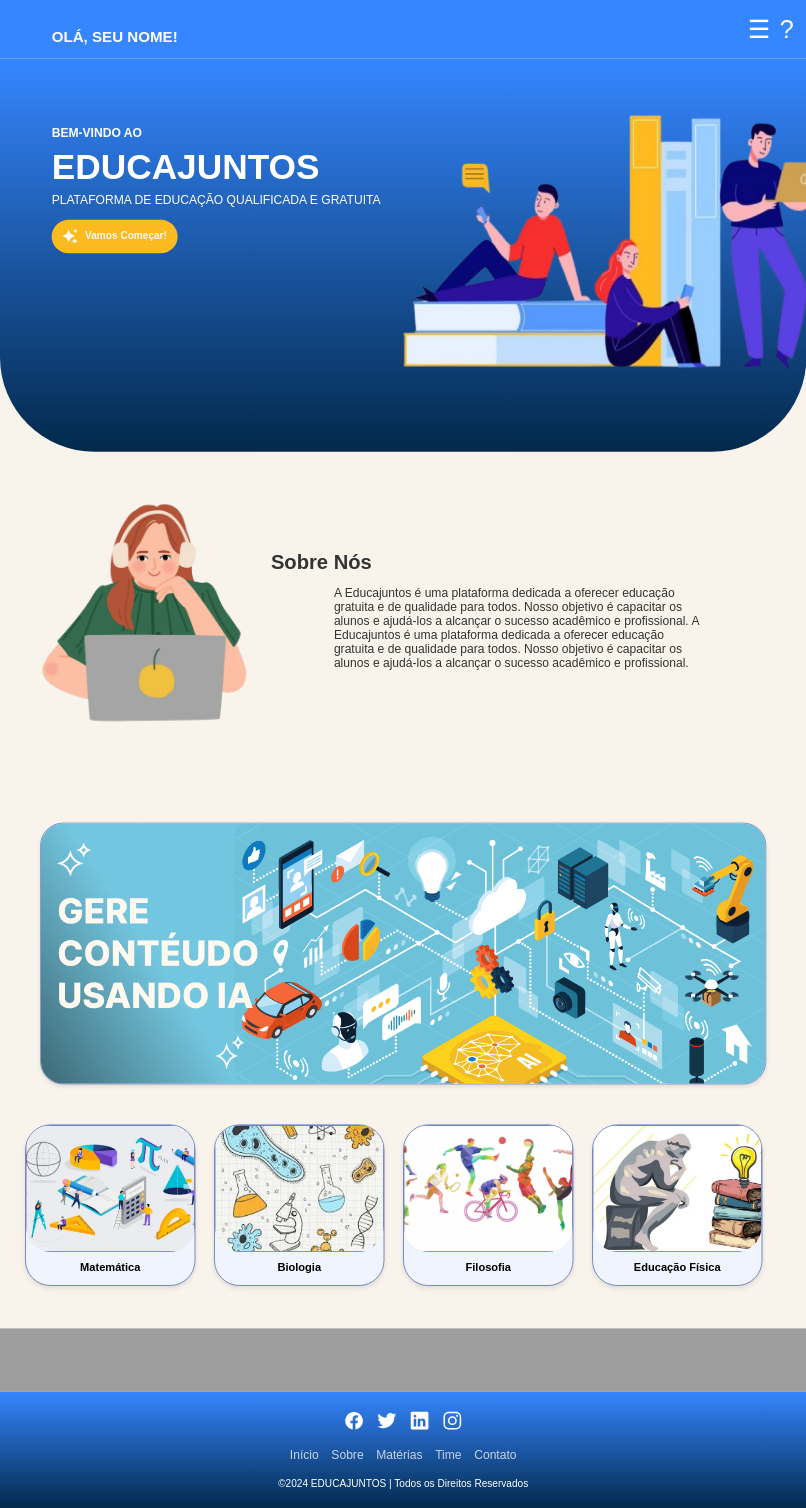
Repository: Matheus904-12/EDUCAJUNTOS
Page: inicio/index.html
The author's editor kept a copy of each file at every save. The page is drawn from the files as they stood at one save, then again after a run of saves.
The browser window is 1280 px wide. The pictures show the whole page, at 63% of full size.
Pictures or frames that could not be fetched are drawn as grey boxes.

Above is the page before, as saved 2024-10-28 21:10:55.

### inicio/index.html
<!DOCTYPE html>
<html lang="pt-BR">

<head>
    <meta charset="UTF-8">
    <meta name="viewport" content="width=device-width, initial-scale=1.0">
    <title>Educajuntos</title>
    <link rel="stylesheet" href="style.css">
</head>

<body>
    <header>
        <h1>OLÁ, SEU NOME!</h1>
        <nav>
            <button class="menu-btn">&#9776;</button>
            <button class="help-btn">?</button>
            <div class="dropdown-menu">
                <a href="#home">Início</a>
                <a href="#sobre">Sobre</a>
                <a href="#materias">Matérias</a>
                <a href="#time">Time</a>
                <a href="#contato">Contato</a>
                <a href="mailto:seuemail@gmail.com">Ajuda</a>
            </div>
        </nav>
    </header>

    <section class="hero">
        <h2>BEM-VINDO AO</h2>
        <h3>EDUCAJUNTOS</h3>
        <p>PLATAFORMA DE EDUCAÇÃO QUALIFICADA E GRATUITA</p>
        <button class="btn">
            <svg height="24" width="24" fill="#FFFFFF" viewBox="0 0 24 24" data-name="Layer 1" id="Layer_1"
                class="sparkle">
                <path
                    d="M10,21.236,6.755,14.745.264,11.5,6.755,8.255,10,1.764l3.245,6.491L19.736,11.5l-6.491,3.245ZM18,21l1.5,3L21,21l3-1.5L21,18l-1.5-3L18,18l-3,1.5ZM19.333,4.667,20.5,7l1.167-2.333L24,3.5,21.667,2.333,20.5,0,19.333,2.333,17,3.5Z">
                </path>
            </svg>

            <span class="text">Vamos Começar!</span>
        </button>
        <div class="hero-image">
            <img src="../image/1.png" alt="Imagem ilustrativa de pessoas estudando">
        </div>

    </section>


    <section class="about">
        <div class="about-content">
            <img src="../image/8.png" alt="Imagem ilustrativa" class="about-image">
            <div class="about-text">
                <h2>Sobre Nós</h2>
                <p>A Educajuntos é uma plataforma dedicada a oferecer educação gratuita e de qualidade para todos. Nosso
                    objetivo é capacitar os alunos e ajudá-los a alcançar o sucesso acadêmico e profissional.
                    A Educajuntos é uma plataforma dedicada a oferecer educação gratuita e de qualidade para todos. Nosso
                    objetivo é capacitar os alunos e ajudá-los a alcançar o sucesso acadêmico e profissional.</p>
            </div>
        </div>
    </section>
    <br>
    <br>
    <br>

    <main>

        <div class="category-card large">
            <img src="../image/7.png" alt="IA">
        </div>

        <section class="categories">
            <div class="category-card">
                <img src="../image/2.png" alt="Matemática">
                <p>Matemática</p>
                <br>
            </div>
            <div class="category-card">
                <img src="../image/3.png" alt="Biologia">
                <p>Biologia</p>
                <br>
            </div>
            <div class="category-card">
                <img src="../image/6.png" alt="Filosofia">
                <p>Filosofia</p>
                <br>
            </div>
            <div class="category-card">
                <img src="../image/5.png" alt="Educação Física">
                <p>Educação Física</p>
                <br>
            </div>
        </section>
    </main>

    <footer class="footer">
        <div class="waves">
            <div class="wave" id="wave1"></div>
            <div class="wave" id="wave2"></div>
            <div class="wave" id="wave3"></div>
            <div class="wave" id="wave4"></div>
        </div>
        <ul class="social-icon">
            <li class="social-icon__item"><a class="social-icon__link" href="#">
                    <ion-icon name="logo-facebook"></ion-icon>
                </a></li>
            <li class="social-icon__item"><a class="social-icon__link" href="#">
                    <ion-icon name="logo-twitter"></ion-icon>
                </a></li>
            <li class="social-icon__item"><a class="social-icon__link" href="#">
                    <ion-icon name="logo-linkedin"></ion-icon>
                </a></li>
            <li class="social-icon__item"><a class="social-icon__link" href="#">
                    <ion-icon name="logo-instagram"></ion-icon>
                </a></li>
        </ul>
        <ul class="menu">
            <li class="menu__item"><a class="menu__link" href="#">Início</a></li>
            <li class="menu__item"><a class="menu__link" href="#">Sobre</a></li>
            <li class="menu__item"><a class="menu__link" href="#">Matérias</a></li>
            <li class="menu__item"><a class="menu__link" href="#">Time</a></li>
            <li class="menu__item"><a class="menu__link" href="#">Contato</a></li>

        </ul>
        <p>&copy;2024 EDUCAJUNTOS | Todos os Direitos Reservados</p>
    </footer>
    <script type="module" src="https://unpkg.com/ionicons@5.5.2/dist/ionicons/ionicons.esm.js"></script>
    <script nomodule src="https://unpkg.com/ionicons@5.5.2/dist/ionicons/ionicons.js"></script>

    <script>
        // Redireciona para a tela de login ao clicar no botão "Vamos Começar"
        function goToLogin() {
            window.location.href = "tela-de-login.html"; // Substitua com o caminho correto da sua página de login
        }

        // Controla o dropdown do menu hamburguer
        document.addEventListener("DOMContentLoaded", function () {
            const menuBtn = document.querySelector(".menu-btn");
            const dropdownMenu = document.querySelector(".dropdown-menu");

            menuBtn.addEventListener("click", () => {
                // Alterna a visibilidade do menu dropdown
                if (dropdownMenu.style.display === "none" || dropdownMenu.style.display === "") {
                    dropdownMenu.style.display = "flex";
                    dropdownMenu.style.flexDirection = "column";
                    dropdownMenu.style.gap = "10px";
                } else {
                    dropdownMenu.style.display = "none";
                }
            });
        });
    </script>


</body>

</html>

### inicio/style.css
* {
    margin: 0;
    padding: 0;
    box-sizing: border-box;
    font-family: Arial, sans-serif;
}

body {
    background-color: #F8F4EB;
    color: #333;
}

header {
    background-color: #3586ff;
    color: #fff;
    padding: 20px;
    display: flex;
    justify-content: space-between;
    align-items: center;
}

header h1 {
    font-size: 1.5em;
    margin-left: 5%;
    margin-top: 2%;
}

nav {
    display: flex;
    gap: 15px;
}

.menu-btn,
.help-btn {
    background: none;
    border: none;
    color: #fff;
    font-size: 2.5em;
    cursor: pointer;
}

/* Hero Section with Rounded Bottom Borders and Centered Image */
.hero {
    background: linear-gradient(#3586ff, #02294b);
    color: #fff;
    padding: 45px 20px;
    border-bottom-left-radius: 150px;
    border-bottom-right-radius: 150px;
    position: relative;
    display: flex;
    flex-direction: column;
    align-items: flex-start;
    overflow: hidden;

}

.hero h2 {
    font-size: 1.2em;
    margin-bottom: 10px;
    font-weight: bold;
    margin-left: 5%;
    margin-top: 5%;
}

.hero h3 {
    font-size: 3.5em;
    margin-bottom: 10px;
    font-weight: bold;
    margin-left: 5%;
}

.hero p {
    font-size: 1.2em;
    margin-bottom: 20px;
    margin-left: 5%;
}

.hero-image {
    display: flex;
    margin-left: 45%;
    width: 782px;
    height: 580px;
    margin-top: -25%;
}

.hero-image img {
    width: 100%;
    height: auto;
    border-radius: 0 0 150px 150px;
}

/* Categories Section */
.categories {
    display: grid;
    grid-template-columns: repeat(4, 1fr);
    gap: 0px;
    padding: 40px;
}

.category-card {
    background-color: #F0F4FF;
    /* Cor de fundo suave */
    border: 1px solid #334EAC;
    /* Contorno azul */
    border-radius: 40px;
    text-align: center;
    box-shadow: 0px 4px 8px rgba(0, 0, 0, 0.1);
    width: 90%;
    height: 100%;

}

.category-card img {
    width: 100%;
    border-radius: 40px;
    margin-top: 0px;
}

.category-card p {
    margin-top: 10px;
    font-size: 1.1em;
    font-weight: bold;
    color: #000000;
}

/* Ajuste do card para o modo grande */
.category-card.large {
    grid-column: span 2;
    display: flex;
    justify-content: center;
    align-items: center;
    font-size: 1.5em;
    font-weight: bold;
    width: 100%;
    transform: scale(90%);
    border-radius: 40px;
}

/* From Uiverse.io by AlimurtuzaCodes */
.btn {
    border: none;
    width: 15em;
    height: 4em;
    border-radius: 3em;
    display: flex;
    justify-content: center;
    align-items: center;
    gap: 12px;
    background: #fbba20;
    cursor: pointer;
    transition: all 450ms ease-in-out;
    margin-left: 5%;
}

.sparkle {
    fill: #ffffff;
    transition: all 800ms ease;
}

.text {
    font-weight: 600;
    color: #f8f8f8;
    font-size: medium;
}

.btn:hover {
    background: linear-gradient(0deg, #cca152);
    box-shadow: inset 0px 1px 0px 0px rgba(255, 255, 255, 0.4),
        inset 0px -4px 0px 0px rgba(0, 0, 0, 0.2),
        0px 0px 0px 4px rgba(255, 255, 255, 0.2),
        0px 0px 180px 0px #334EAC;
    transform: translateY(-2px);
}

.btn:hover .text {
    color: white;
}

.btn:hover .sparkle {
    fill: white;
    transform: scale(1.2);
}

.footer {
    position: relative;
    width: 100%;
    background: linear-gradient(#3586ff, #02294b);
    min-height: 100px;
    padding: 20px 50px;
    display: flex;
    justify-content: center;
    align-items: center;
    flex-direction: column;
    margin-top: 10%;
}

.social-icon,
.menu {
    position: relative;
    display: flex;
    justify-content: center;
    align-items: center;
    margin: 10px 0;
    flex-wrap: wrap;
}

.social-icon__item,
.menu__item {
    list-style: none;
}

.social-icon__link {
    font-size: 2rem;
    color: #fff;
    margin: 0 10px;
    display: inline-block;
    transition: 0.5s;
}

.social-icon__link:hover {
    transform: translateY(-10px);
}

.menu__link {
    font-size: 1.2rem;
    color: #fff;
    margin: 0 10px;
    display: inline-block;
    transition: 0.5s;
    text-decoration: none;
    opacity: 0.75;
    font-weight: 300;
}

.menu__link:hover {
    opacity: 1;
}

.footer p {
    color: #fff;
    margin: 15px 0 10px 0;
    font-size: 1rem;
    font-weight: 300;
}

.wave {
    position: absolute;
    top: -100px;
    left: 0;
    width: 100%;
    height: 100px;
    background: url("https://i.ibb.co/wQZVxxk/wave.png");
    background-size: 1000px 100px;
}

.wave#wave1 {
    z-index: 1000;
    opacity: 1;
    bottom: 0;
    animation: animateWaves 4s linear infinite;
}

.wave#wave2 {
    z-index: 999;
    opacity: 0.5;
    bottom: 10px;
    animation: animate 4s linear infinite !important;
}

.wave#wave3 {
    z-index: 1000;
    opacity: 0.2;
    bottom: 15px;
    animation: animateWaves 3s linear infinite;
}

.wave#wave4 {
    z-index: 999;
    opacity: 0.7;
    bottom: 20px;
    animation: animate 3s linear infinite;
}

@keyframes animateWaves {
    0% {
        background-position-x: 1000px;
    }

    100% {
        background-positon-x: 0px;
    }
}

@keyframes animate {
    0% {
        background-position-x: -1000px;
    }

    100% {
        background-positon-x: 0px;
    }
}

/* Estilo para a seção Sobre Nós */
.about {
    display: flex;
    align-items: center;
    justify-content: center;
    padding: 60px;
}

.about-content {
    display: flex;
    align-items: center;
    gap: 20px;
}

.about-image {
    width: 350px;
    border-radius: 10px;
}

.about-text h2 {
    font-size: 2em;
    margin-bottom: 10px;
}

.about-text p {
    font-size: 1.2em;
    color: #333;
    padding: 10px 100px;
}

/* Estilo do menu dropdown */
.dropdown-menu {
    display: none;
    position: absolute;
    top: 60px;
    right: 20px;
    background-color: #3586ff;
    padding: 10px;
    border-radius: 8px;
    box-shadow: 0 4px 8px rgba(0, 0, 0, 0.2);
    z-index: 100;
    flex-direction: column;
    gap: 10px;
}

.dropdown-menu a {
    color: white;
    text-decoration: none;
    padding: 8px;
    display: block;
    text-align: center;
    background-color: #02294b;
    border-radius: 4px;
    transition: background-color 0.3s;
}

.dropdown-menu a:hover {
    background-color: #1e4e8c;
}

/* Exibir menu dropdown ao clicar */
.menu-btn.active + .dropdown-menu {
    display: flex;
}

After the next 2 saves:
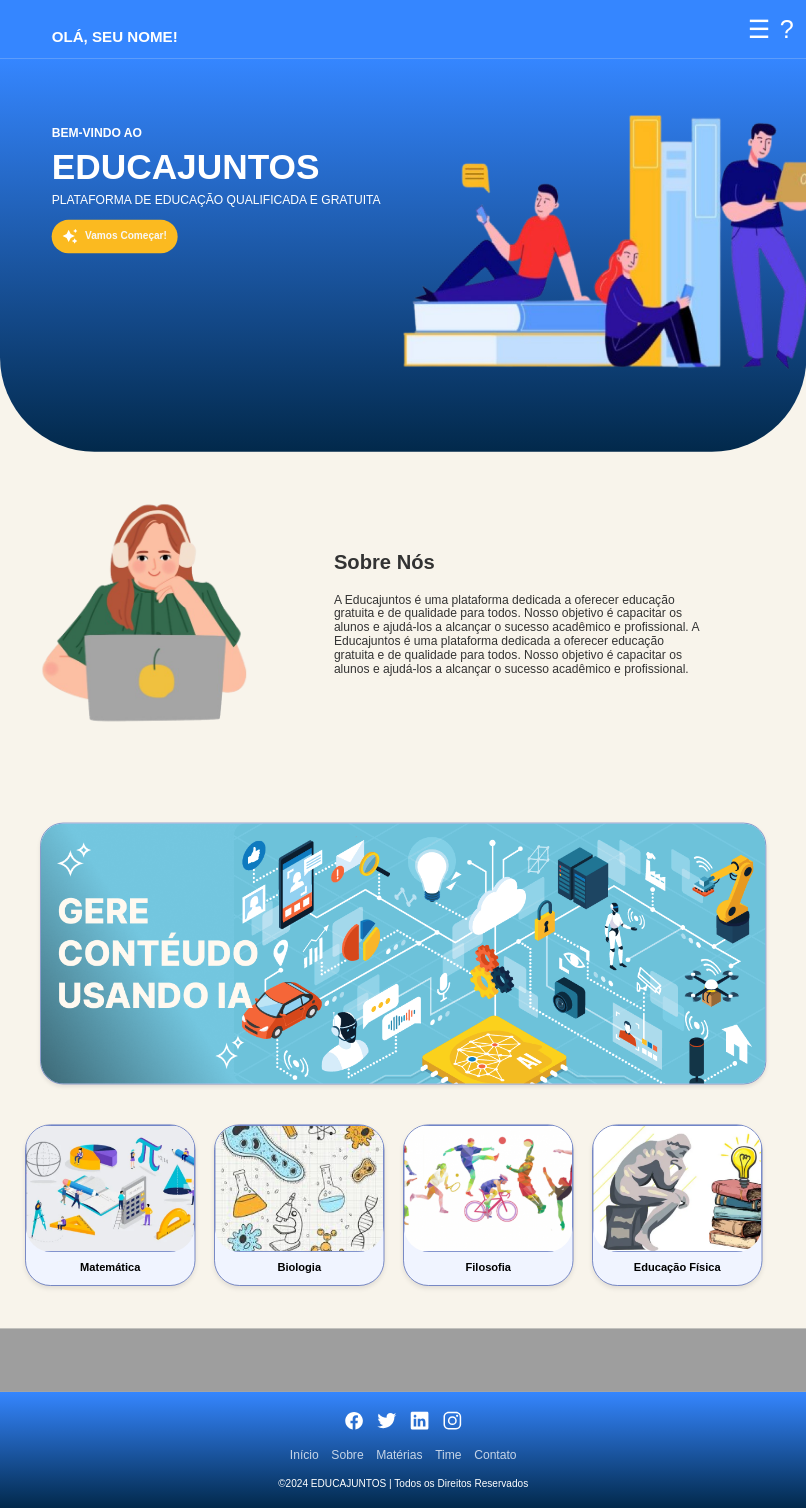
The 2 saves are shown as one change because they came seconds apart.
The last was saved 25 s later.
--- a/inicio/style.css
+++ b/inicio/style.css
@@ -323,6 +323,7 @@ nav {
 .about-text h2 {
     font-size: 2em;
     margin-bottom: 10px;
+    padding: 10px 100px;
 }
 
 .about-text p {
